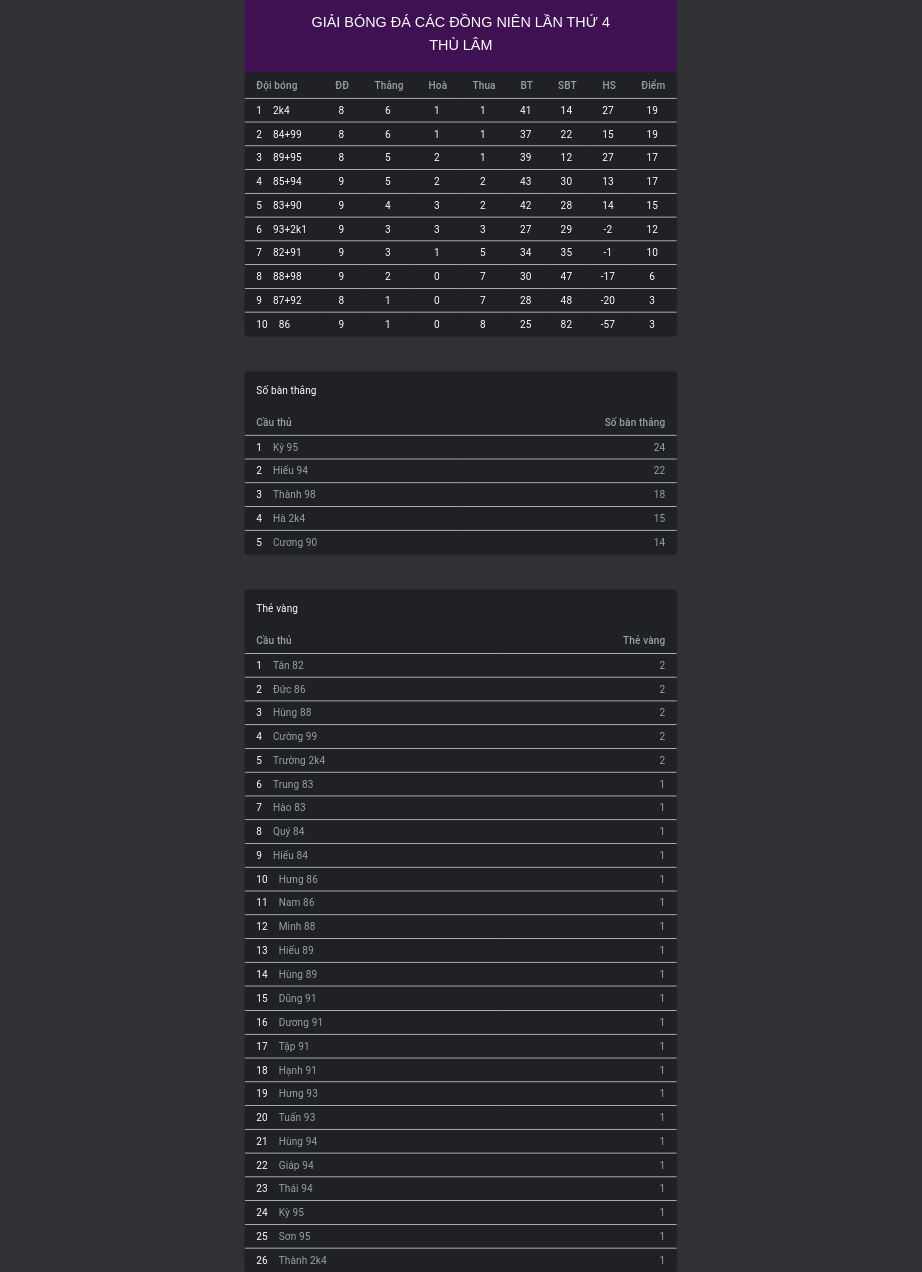
Repository: tuan842001/thulam
Page: /
These files come from the project's save history. The page is drawn as it stood at one moment and after the next save; the edit follows.
The browser window is 1280 px wide. The pictures show the whole page, at 72% of full size.
The project was rebuilt for these pictures with package versions that can differ from the ones it lists, and the page was loaded fresh each time.

Above is the page before, as saved 2022-01-11 15:48:20.

After the next save:
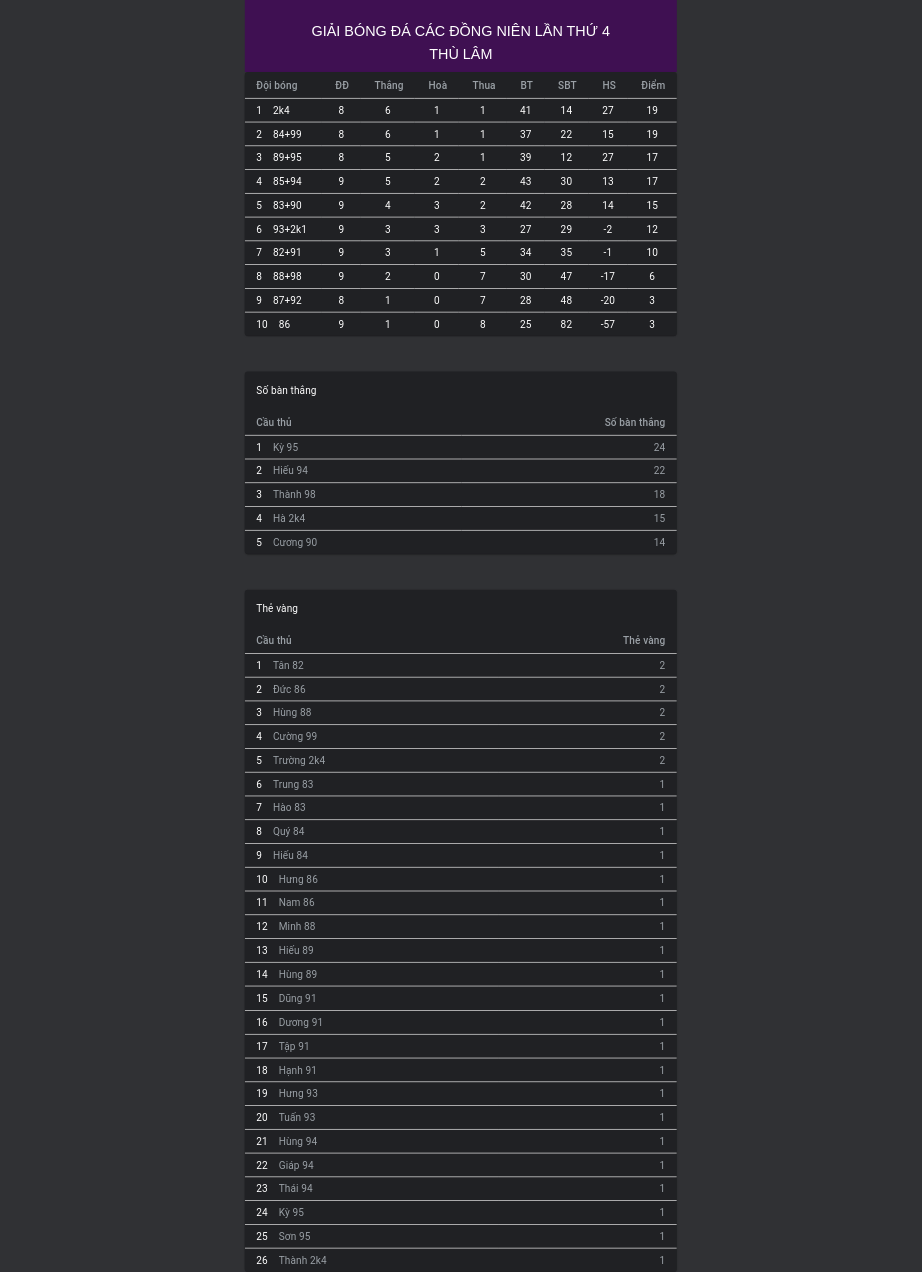
Saved 17 s later.
--- a/src/components/header/header.css
+++ b/src/components/header/header.css
@@ -8,6 +8,7 @@
     align-content: center;
     flex-direction: column;
     justify-content: center;
+    padding-top: 25px;
 }
 
 .header h4 {
